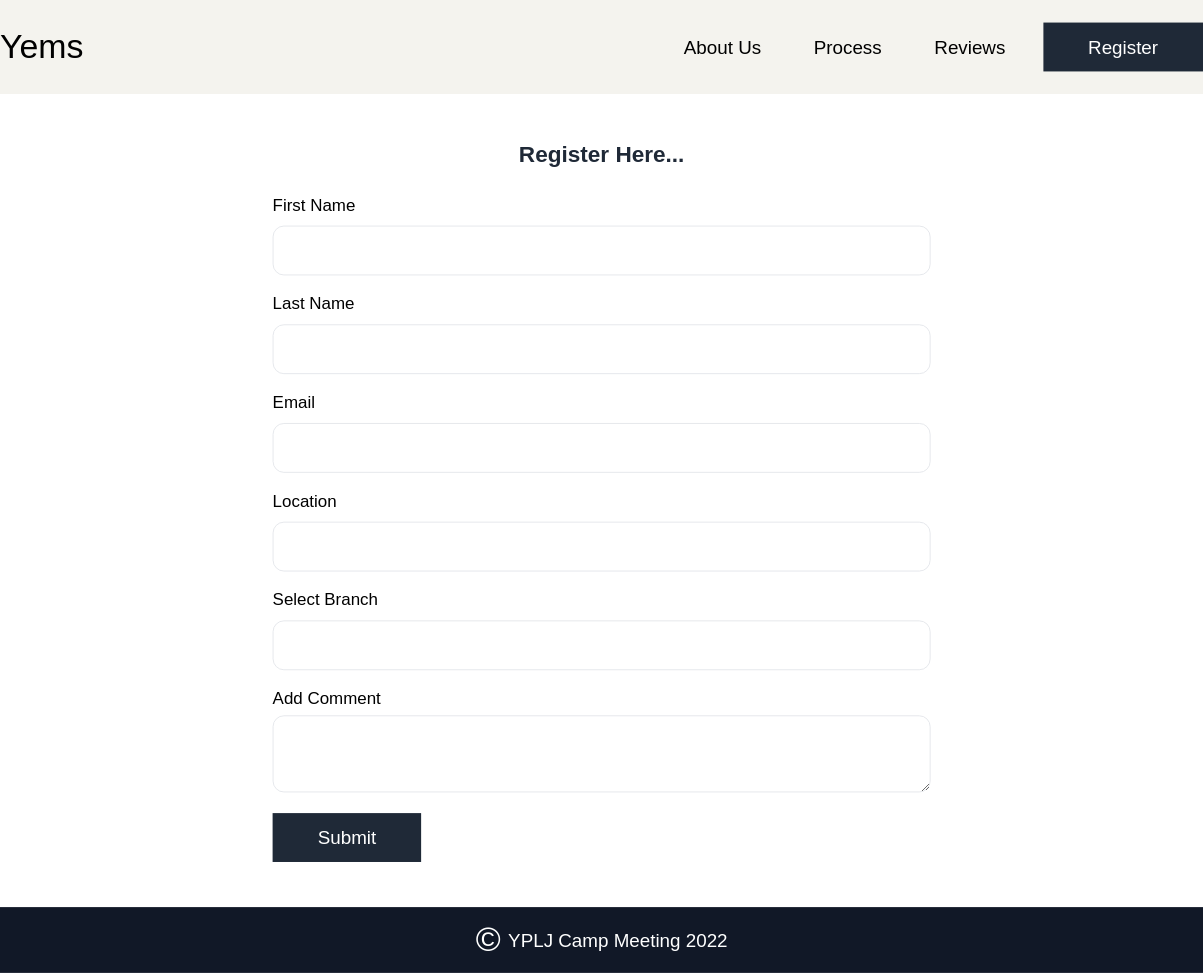
Repository: Ifenna-Pascal/user-camp-onboarding
Page: /register
An editor plug-in stored every save of this project. The page is shown before and after the next save, followed by the edit.
The browser window is 1280 px wide. The pictures show the whole page, at 94% of full size.
Some web fonts or font styles are not loaded; a fallback is used. The project was rebuilt for these pictures with package versions that can differ from the ones it lists, and the page was loaded fresh each time. The framework's server and built-in components were replaced by stand-ins that run in the browser. Also part of the build but not shown: next.config.js.

Above is the page before, as saved 2022-11-18 07:21:17.

After the next save:
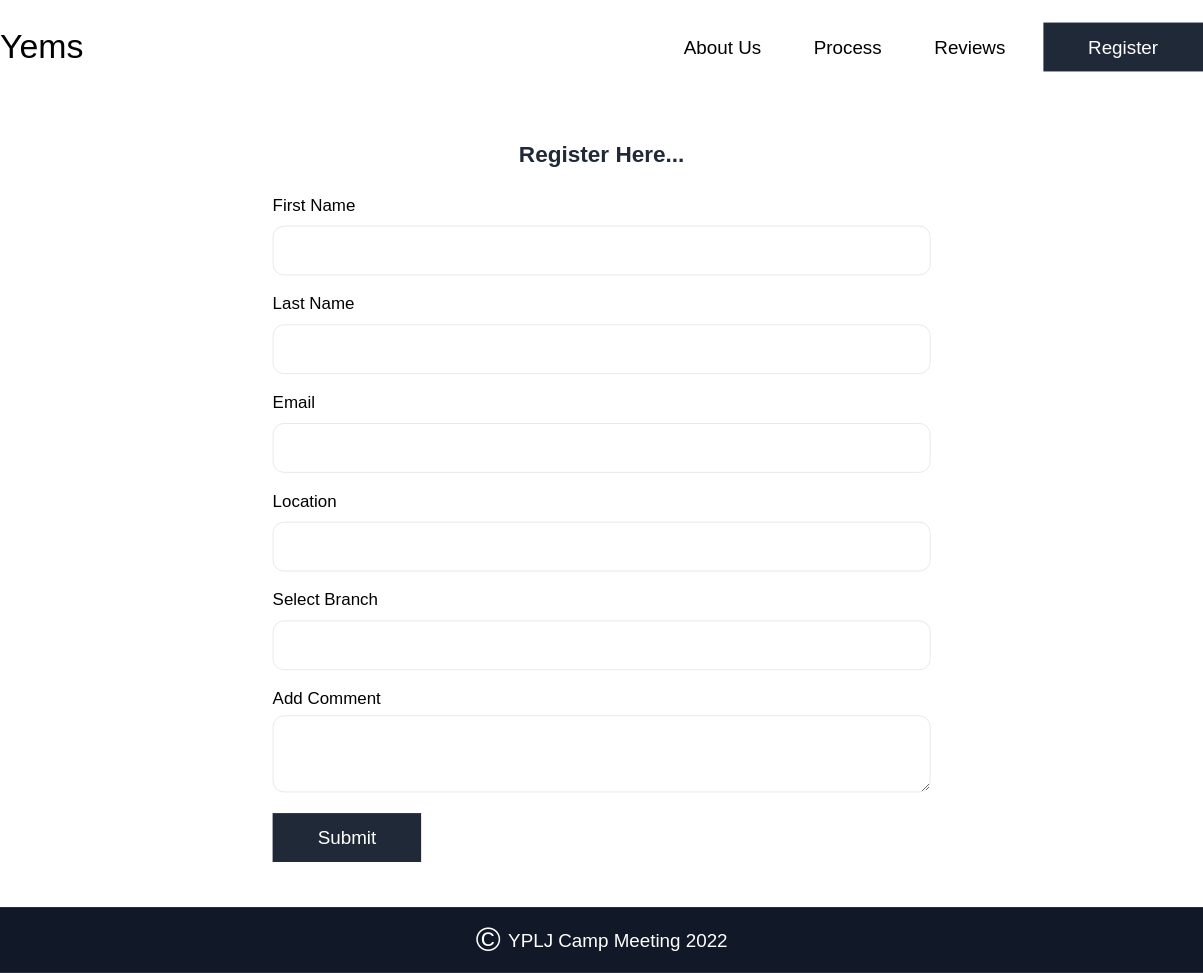
Saved 6 s later.
--- a/components/layout/Nav.jsx
+++ b/components/layout/Nav.jsx
@@ -9,7 +9,7 @@ function Nav() {
     setShow(!show);
   };
   return (
-    <div className="sticky top-0 mb-4 z-50 bg-[#f4f3ee]">
+    <div className="sticky top-0 mb-4 z-50 ">
       <nav className="w-full py-6 flex items-center mx-4 lg:max-w-[1450px] lg:mx-auto justify-between">
         <Link href="/">
           {" "}
